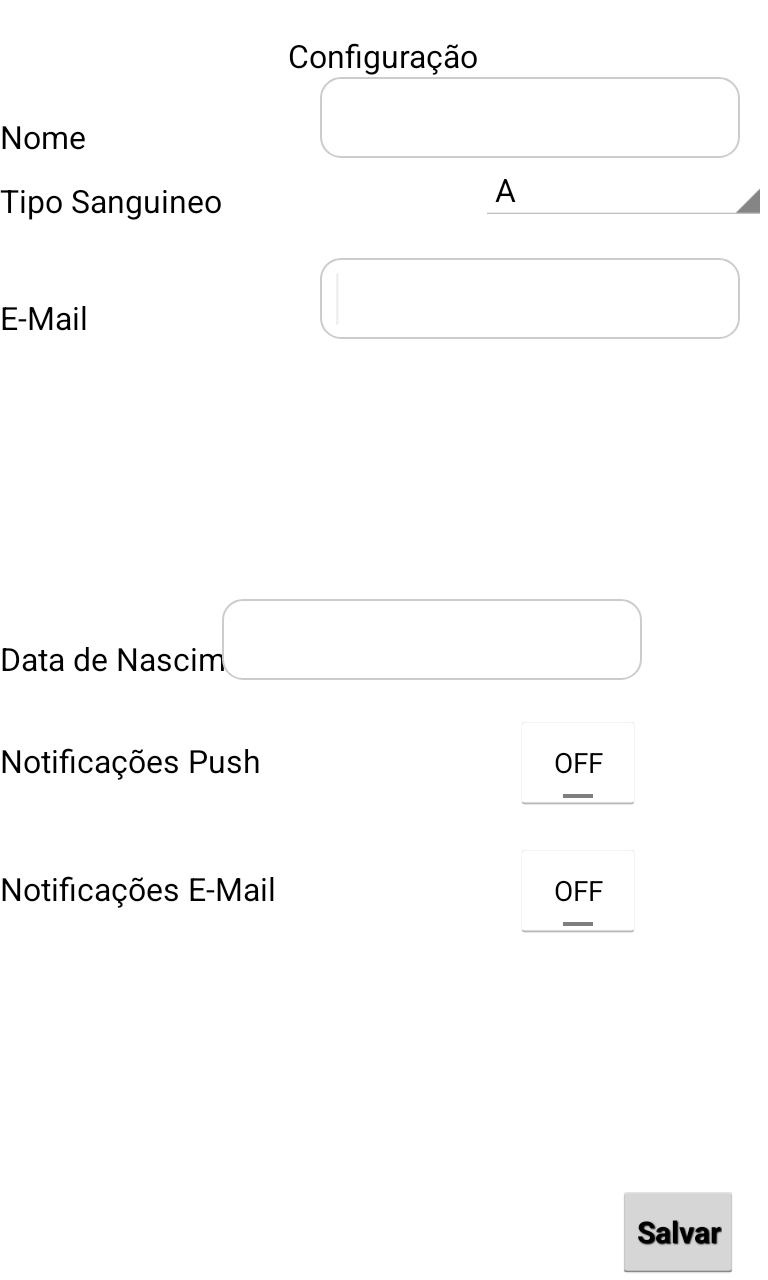
Repository: RafaDeschain/DoarSP
Layout: doarSP/res/layout/fragment_alterardados.xml
The author's editor kept a copy of each file at every save. The layout is drawn from the files as they stood at one save, then again after the next save.
It is drawn on a 768 x 1280 px phone screen (xhdpi) without system bars, with theme AppTheme; the app's code is not run.

Above is the layout before, as saved 2014-04-21 14:13:22.

After the next save:
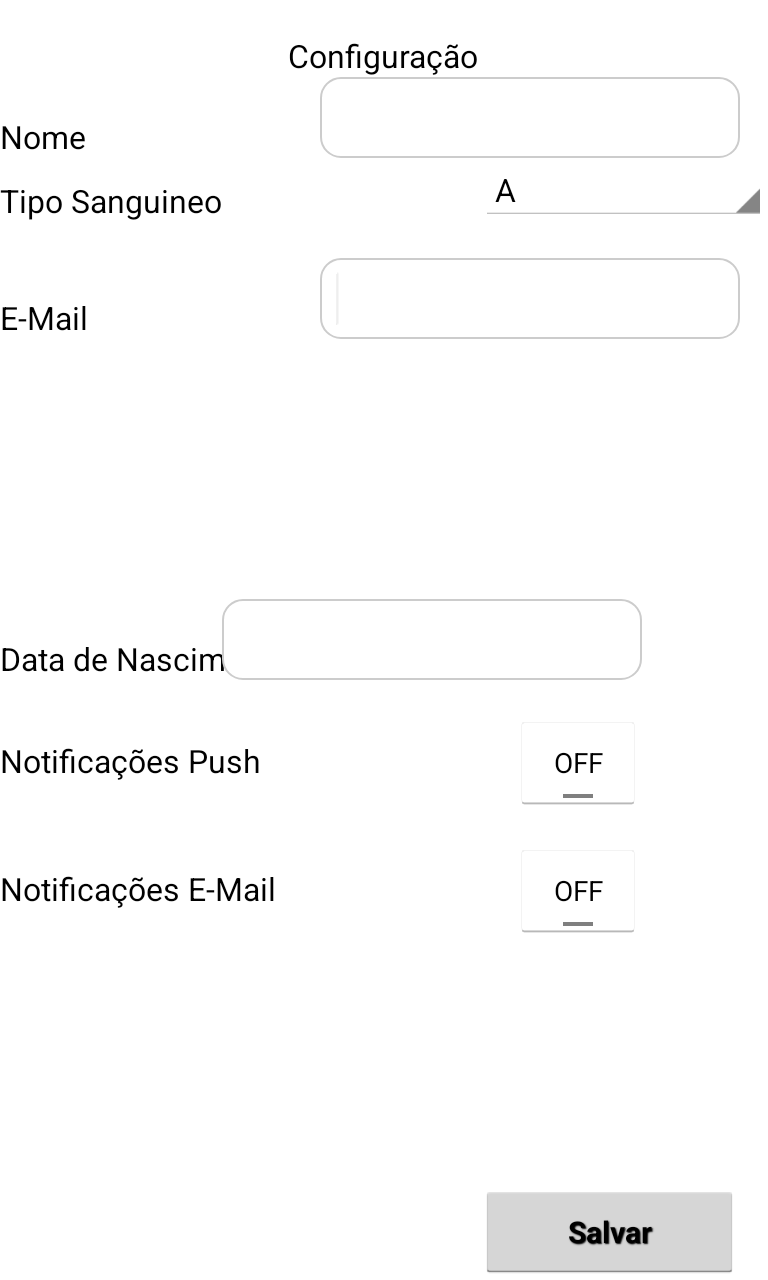
Saved 41 s later.
--- a/doarSP/res/layout/fragment_alterardados.xml
+++ b/doarSP/res/layout/fragment_alterardados.xml
@@ -138,6 +138,7 @@
         android:layout_height="wrap_content"
         android:layout_alignParentBottom="true"
         android:layout_alignRight="@+id/editText2"
+        android:layout_toRightOf="@+id/textView1"
         android:text="@string/salvar" />
 
 </RelativeLayout>
